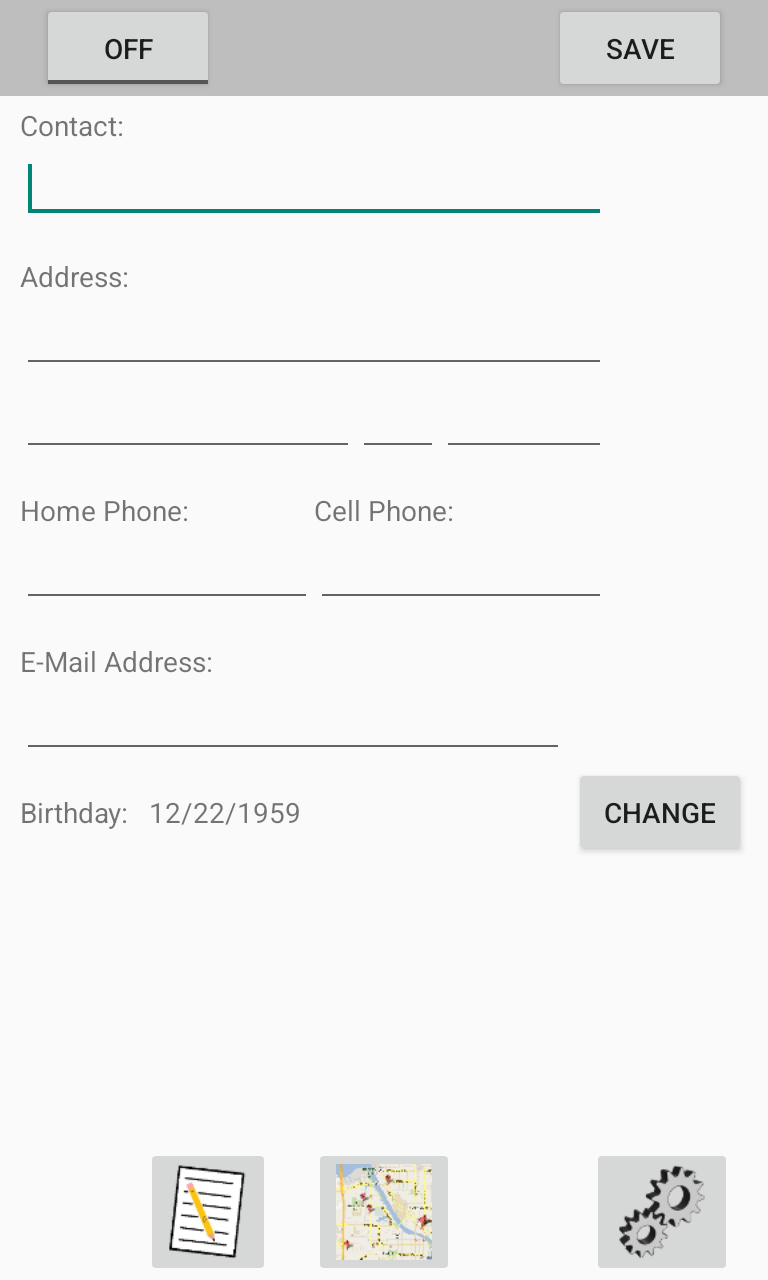
Repository: almuza/Chapter4
Layout: Chapter4/MyContactList/res/layout/activity_contact.xml
These files come from the project's save history. The layout is drawn as it stood at one moment and after the next save; the edit follows.
It is drawn on a 768 x 1280 px phone screen (xhdpi) without system bars, with theme AppTheme; the app's code is not run.

Above is the layout before, as saved 2014-04-30 21:58:52.

After the next save:
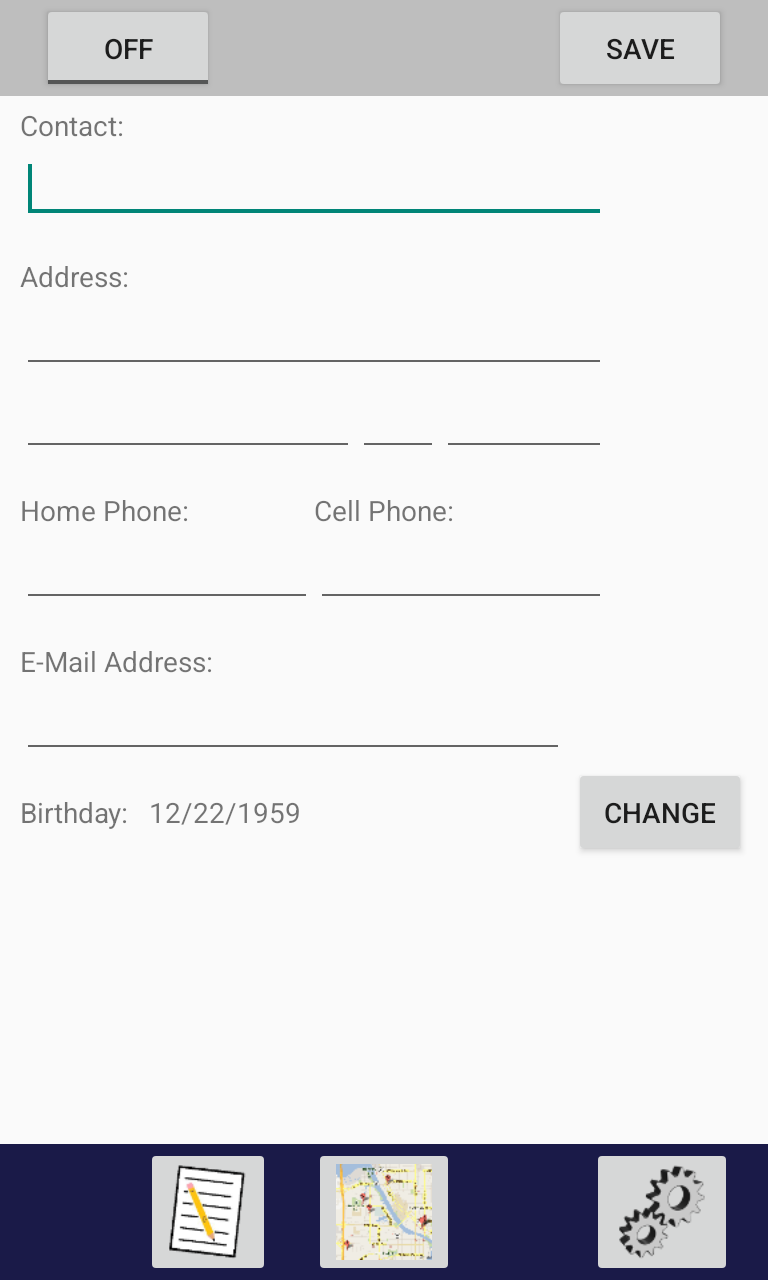
Saved 56 s later.
--- a/Chapter4/MyContactList/res/layout/activity_contact.xml
+++ b/Chapter4/MyContactList/res/layout/activity_contact.xml
@@ -14,7 +14,7 @@ android:layout_height="0px"/>
 
     <RelativeLayout
         android:id="@+id/navbar"
-        android:background="@color/nav-background"
+        android:background="@color/nav_background"
         android:layout_width="fill_parent"
         android:layout_height="wrap_content"
         android:layout_alignParentBottom="true">
